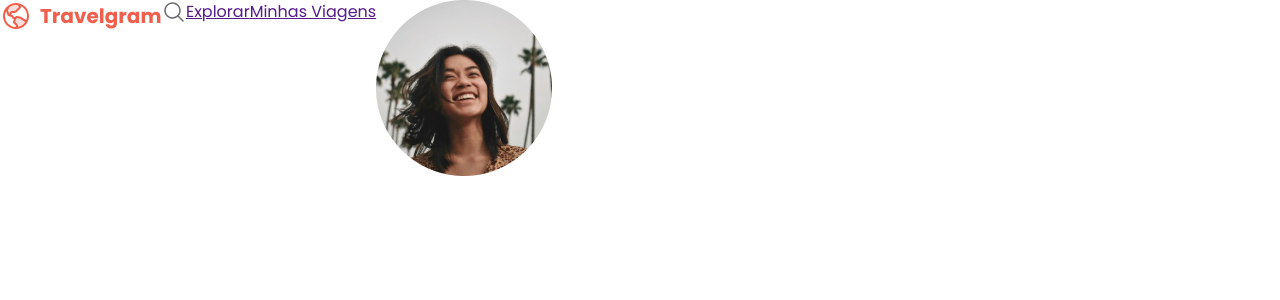
Repository: AbiezerSidonioJoseOdanacaJunior/projeto-travelgram
Page: index.html
The author's editor kept a copy of each file at every save. The page is drawn from the files as they stood at one save, then again after the next save.
The browser window is 1280 px wide. The pictures show the whole page.
Some web fonts or font styles are not loaded; a fallback is used.

Above is the page before, as saved 2024-11-12 16:25:33.

After the next save:
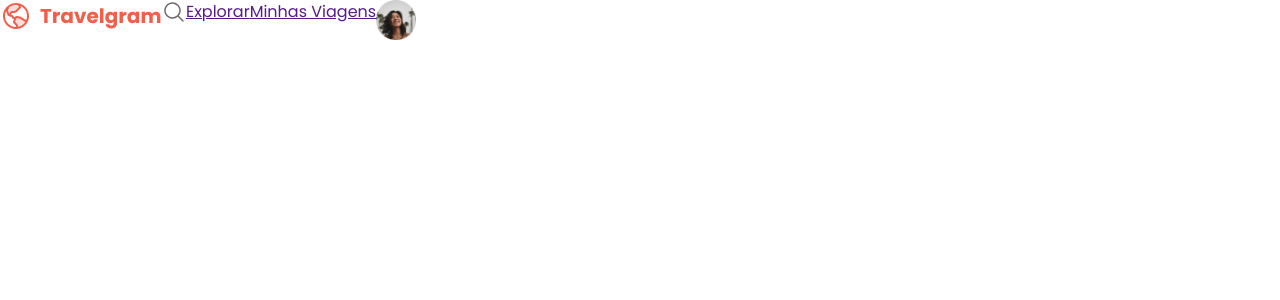
Saved 57 s later.
--- a/styles/nav.css
+++ b/styles/nav.css
@@ -6,3 +6,9 @@
     list-style: none;
     display: flex;
 }
+
+nav ul li:last-child img {
+    width: 40px;
+    height: 40px;
+    object-fit: cover;
+}
